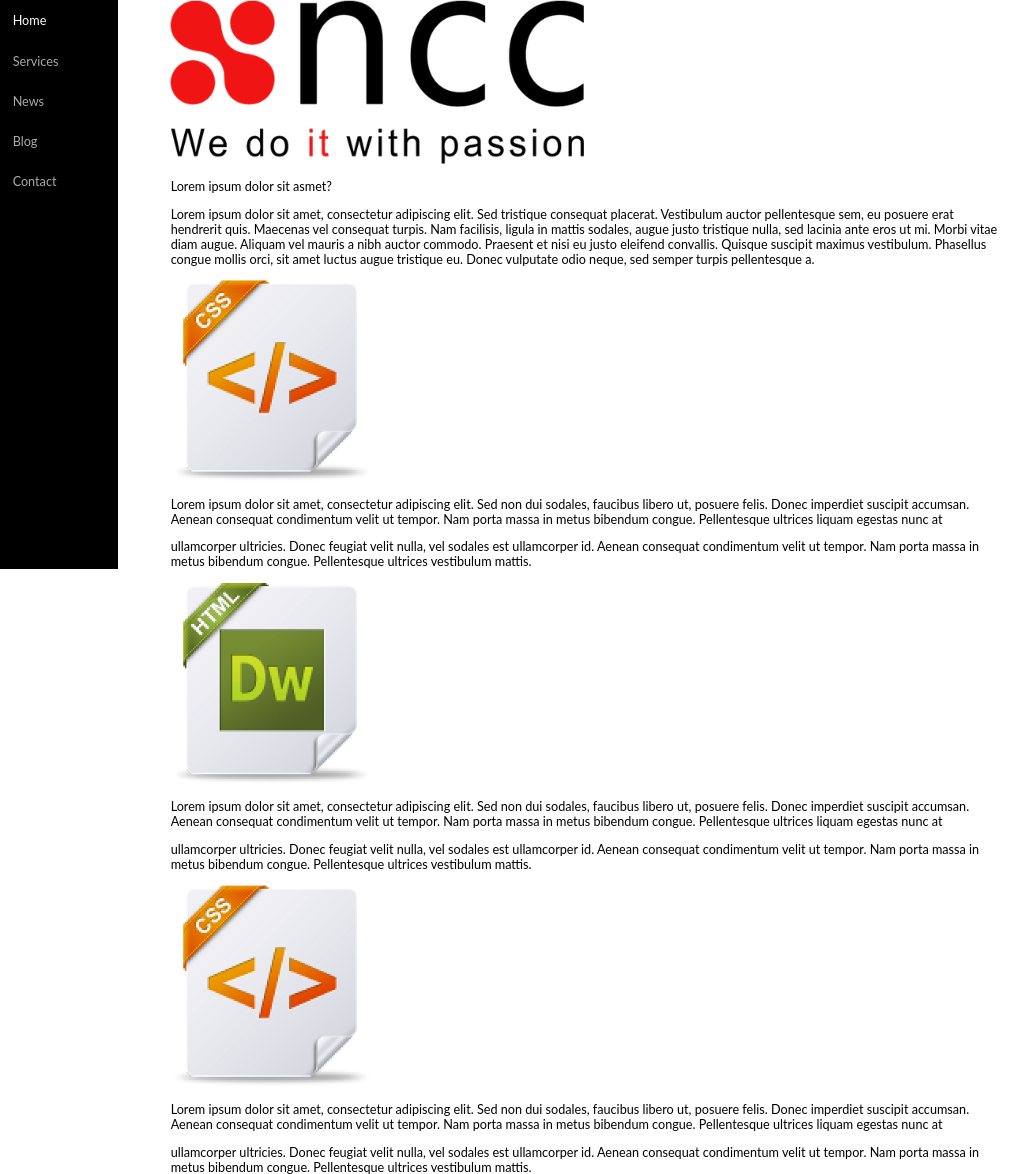
Repository: Chicken2k/testpv
Page: testpv.html
These files come from the project's save history. The page is drawn as it stood at one moment and after a run of saves; the edit follows.
The browser window is 1280 px wide. The pictures show the whole page, at 79% of full size.

Above is the page before, as saved 2022-05-09 17:35:06.

After the next 3 saves:
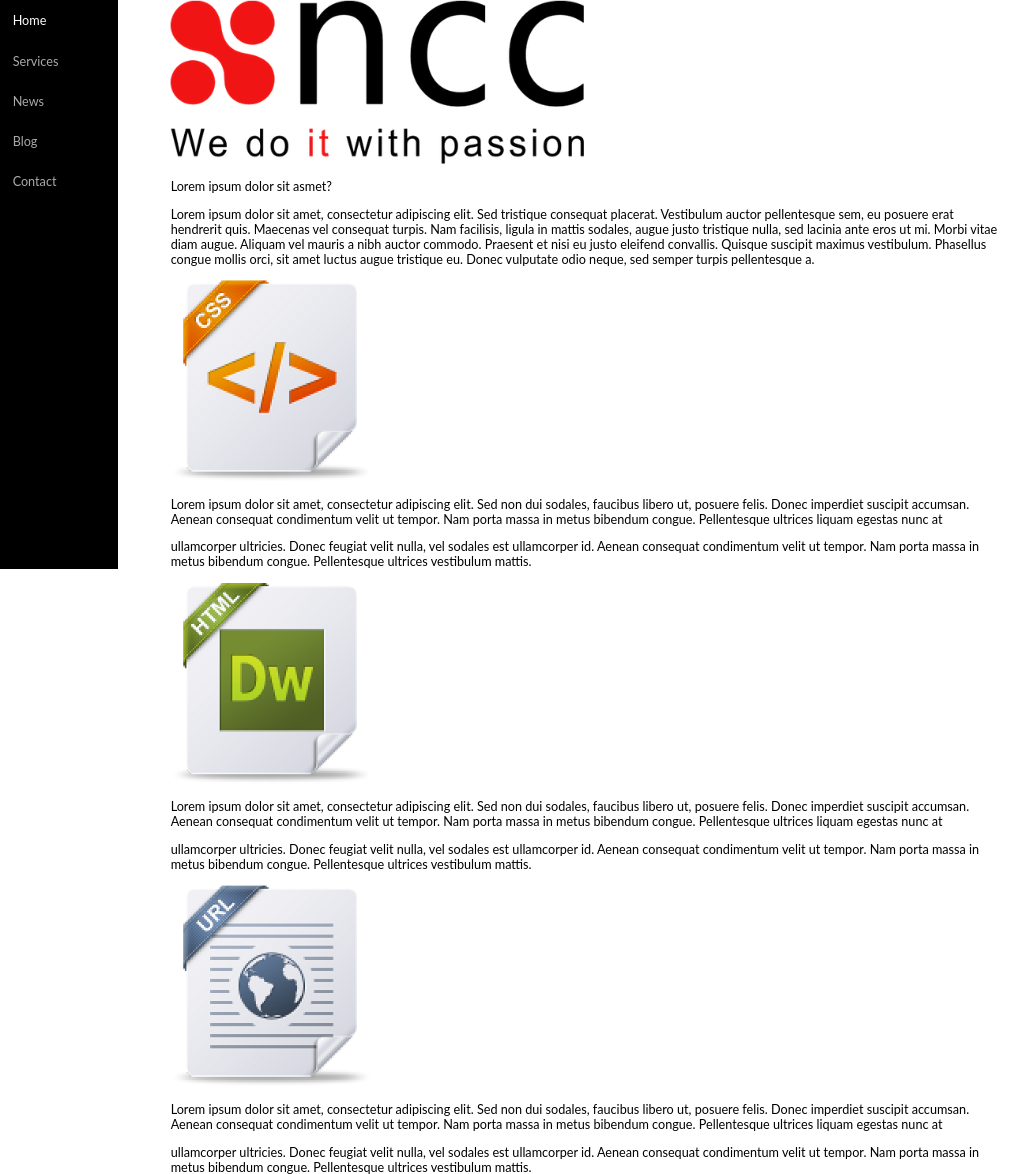
The 3 saves are shown as one change because they came seconds apart.
The last was saved 17 s later.
--- a/testpv.html
+++ b/testpv.html
@@ -53,7 +53,7 @@
           mattis.</p>
       </div>
       <div class="item3">
-        <img src="./img/279432721_801750327865380_1720542181196649752_n.png" alt="anh2">
+        <img src="./img/279236302_307050408266746_3476048560508210445_n.png" alt="anh4">
         <p>Lorem ipsum dolor sit amet, consectetur adipiscing elit. Sed non dui sodales, faucibus libero ut, posuere
           felis. Donec imperdiet suscipit accumsan. Aenean consequat condimentum velit ut tempor. Nam porta massa in
           metus bibendum congue. Pellentesque ultrices liquam egestas nunc at </p>
